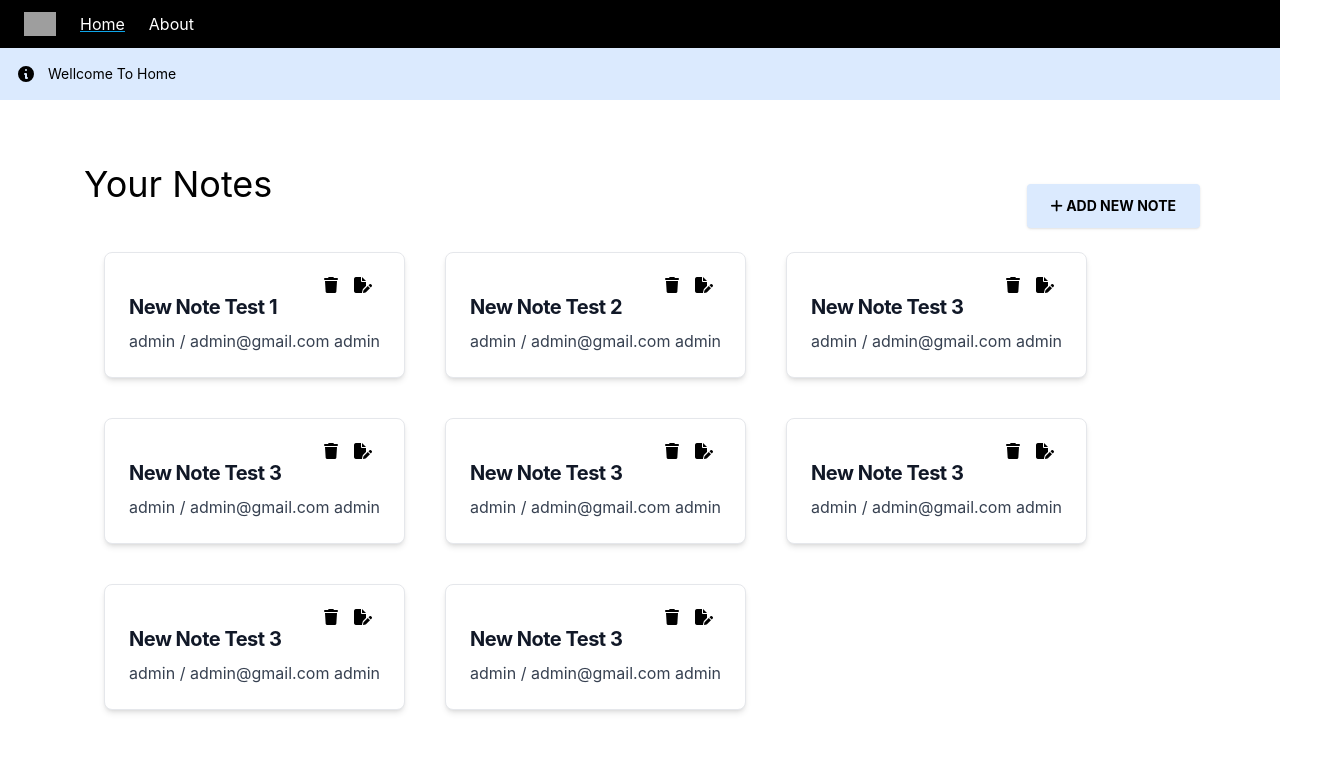
Repository: sonawaneteju4/iNote
Page: /
An editor plug-in stored every save of this project. The page is shown before and after a run of saves, followed by the edit.
The browser window is 1280 px wide. The page is 1324 px wide, so the pictures cover 1324 px, including what lies to the right of the window. The pictures show the whole page.
Pictures or frames that could not be fetched are drawn as grey boxes. Some web libraries are served in a nearby version. The project was rebuilt for these pictures with package versions that can differ from the ones it lists, and the page was loaded fresh each time. Also part of the build but not shown: src/components/AddNote.js, src/components/About.js.

Above is the page before, as saved 2022-10-11 11:10:28.

After the next 2 saves:
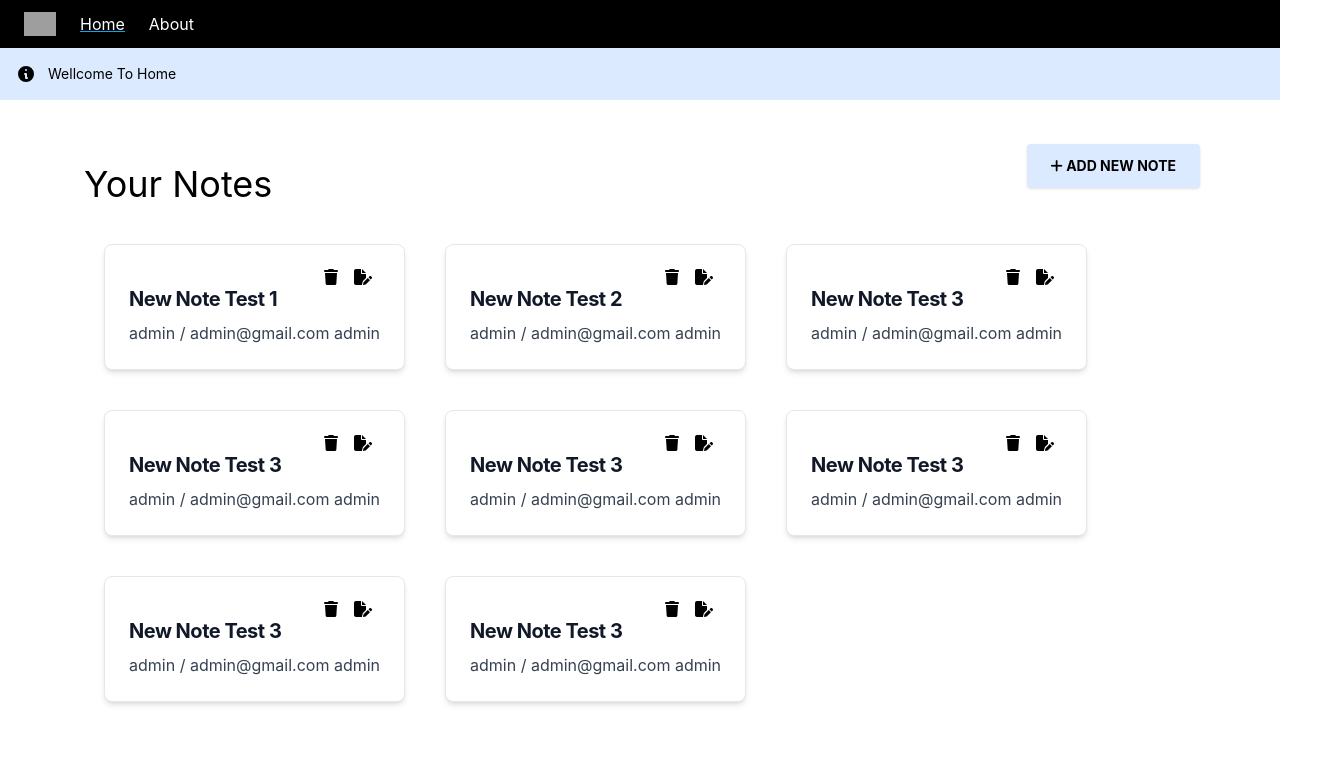
The 2 saves are shown as one change because they came seconds apart.
The last was saved 7 s later.
--- a/src/components/Notes.js
+++ b/src/components/Notes.js
@@ -15,7 +15,7 @@ const Notes = () => {
       <div className='mx-20'>
 
       <button
-        className="bg-blue-100  text-black active:bg-pink-600 font-bold uppercase text-sm my-10 px-6 py-3 rounded shadow hover:shadow-lg outline-none focus:outline-none mr-1 mb-1 ease-linear transition-all duration-150"
+        className="bg-blue-100  text-black active:bg-pink-600 font-bold uppercase text-sm  px-6 py-3 rounded shadow hover:shadow-lg outline-none focus:outline-none mr-1 mb-1 ease-linear transition-all duration-150"
         type="button"
         onClick={() => setShowModal(true)}
         >
